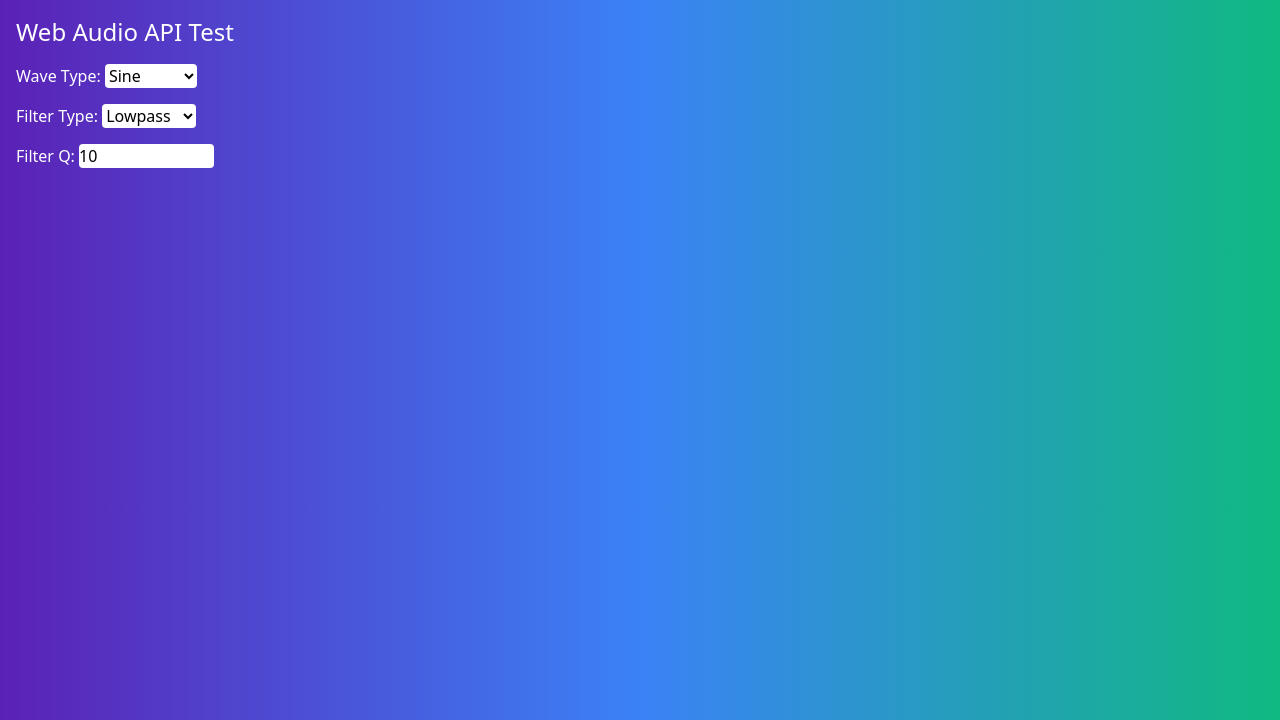
Repository: ibraidab/SONIDOS
Page: index6.html
The author's editor kept a copy of each file at every save. The page is drawn from the files as they stood at one save, then again after a run of saves.
The browser window is 1280 px wide. The pictures show the whole page.

Above is the page before, as saved 2023-03-18 16:06:02.

After the next 2 saves:
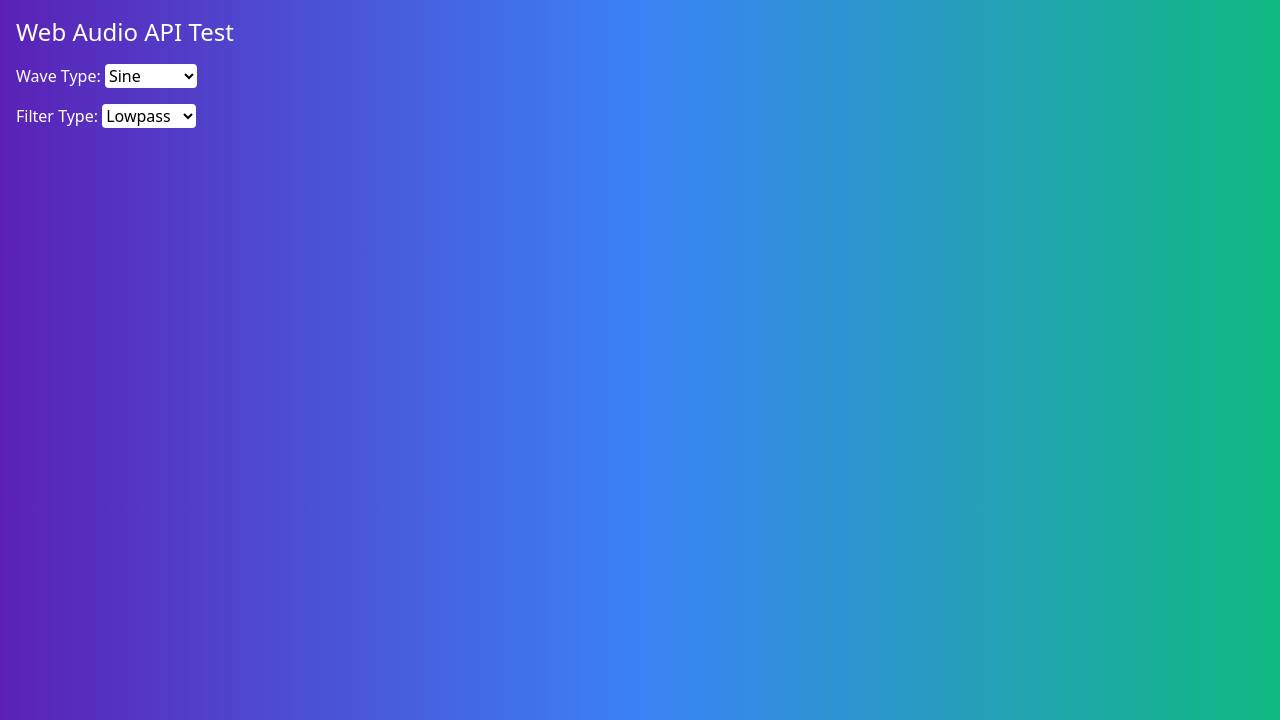
The 2 saves are shown as one change because they came seconds apart.
The last was saved 18 s later.
--- a/index6.html
+++ b/index6.html
@@ -242,11 +242,11 @@
             <!-- <div class="mb-4">
                 <label for="filterFrequency" class="text-white">Filter Frequency:</label>
                 <input type="range" id="filterFrequency" value="1000" min="0" max="24000" step="1" class="w-full">
-            </div> -->
+            </div>
             <div class="mb-4">
                 <label for="filterQ" class="text-white">Filter Q:</label>
                 <input type="number" id="filterQ" value="10" min="0.0001" max="100" step="0.1" class="bg-white rounded">
-            </div>
+            </div> -->
         </div>
     </body>
     </html>
